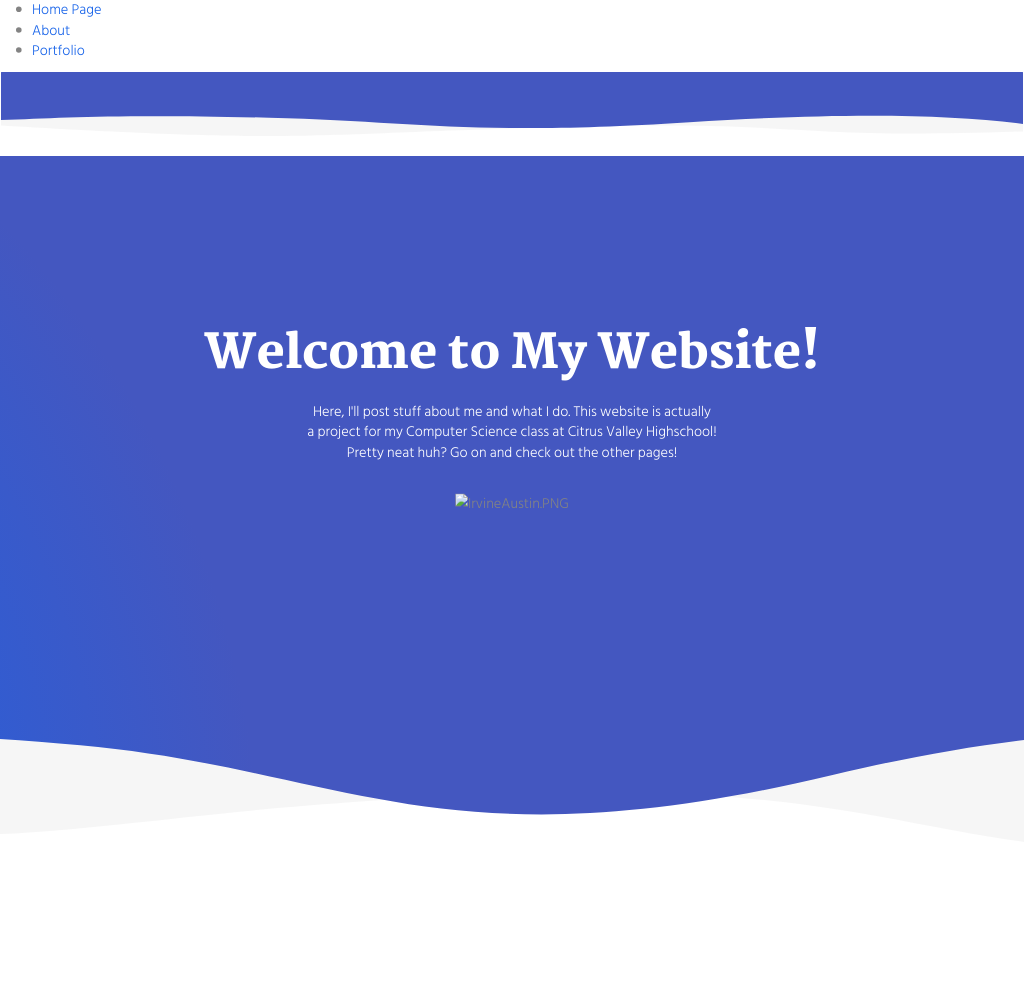
Repository: AustinIrvine02/CharlesX.github.io
Page: index.html
The author's editor kept a record of every edit. The page is drawn from the files as they stood at one moment, then again after the next edit.
The browser window is 1280 px wide. The pictures show the whole page, at 80% of full size.

Above is the page before.

After the next edit:
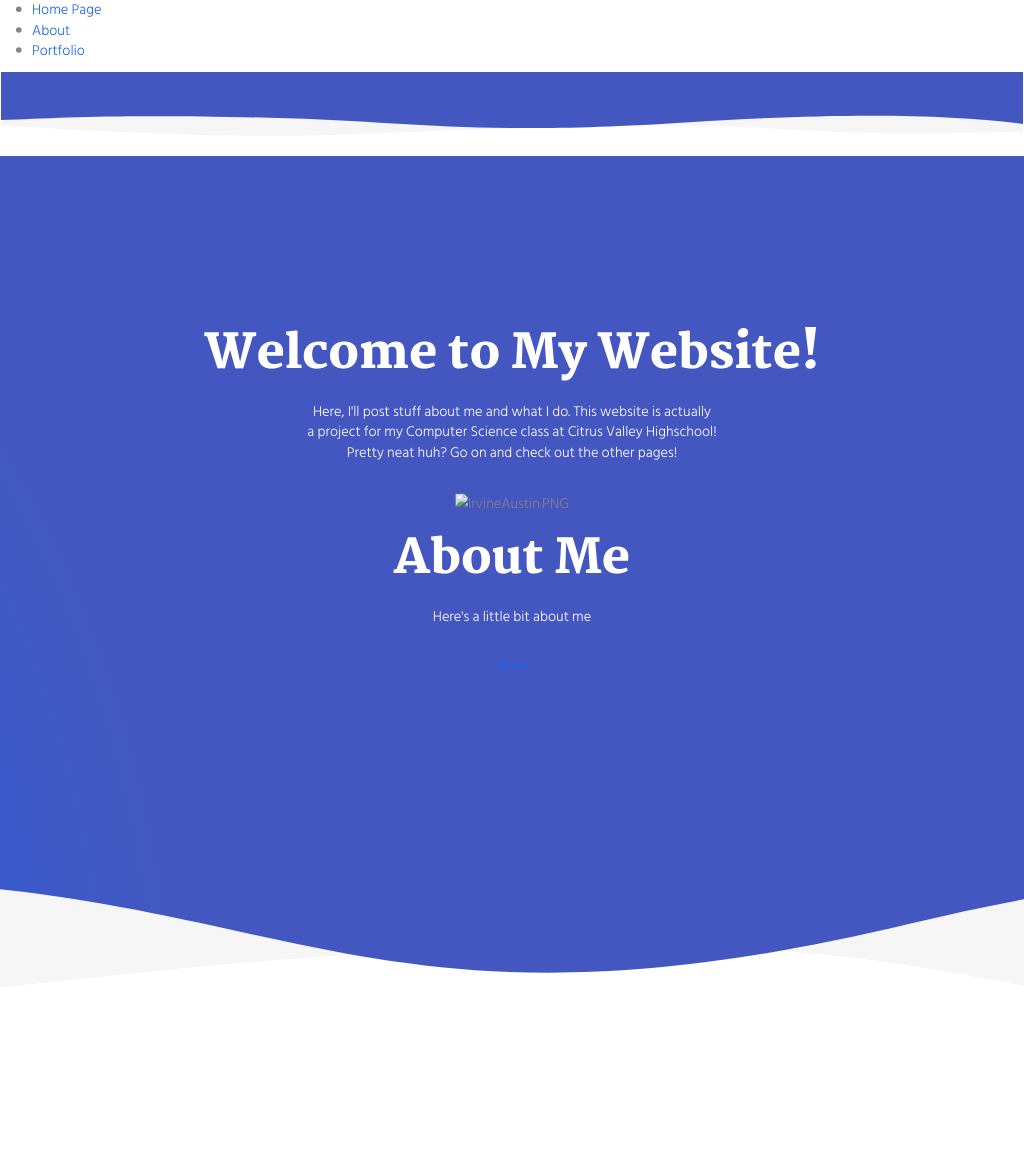
The edit:
--- a/index.html
+++ b/index.html
@@ -67,6 +67,10 @@
     </div>
   </div>
 
+  <h1> About Me </h1>
+  <p> Here's a little bit about me </p>
+
+  <h2> </h2>
 
   <div class="section-container">
     <div class="container">
